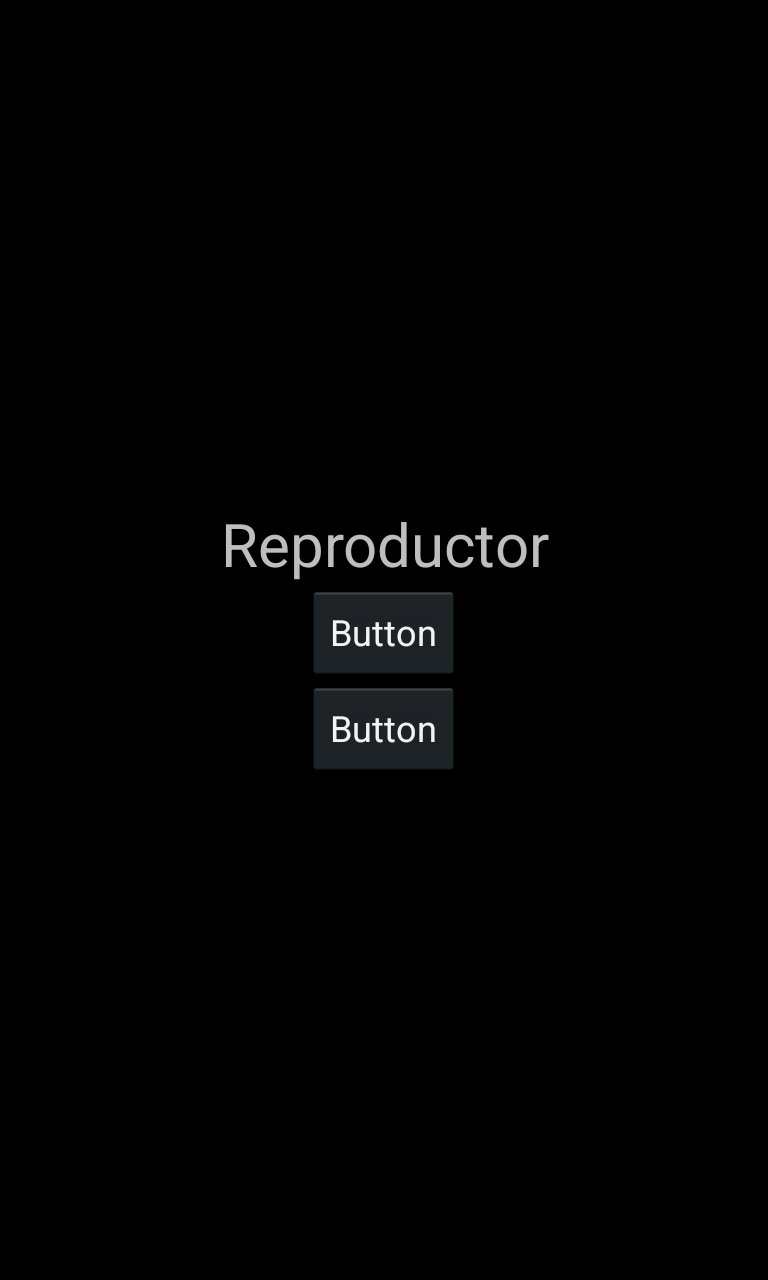
Repository: dorisserruto/un_exercises
Layout: javaandroid/Recursos/workspace-profe/lab13_player1/res/layout/main.xml
These files come from the project's save history. The layout is drawn as it stood at one moment and after the next save; the edit follows.
It is drawn on a 768 x 1280 px phone screen (xhdpi) without system bars, with theme android:Theme.Holo; the app's code is not run.

Above is the layout before, as saved 2012-06-24 15:16:49.

After the next save:
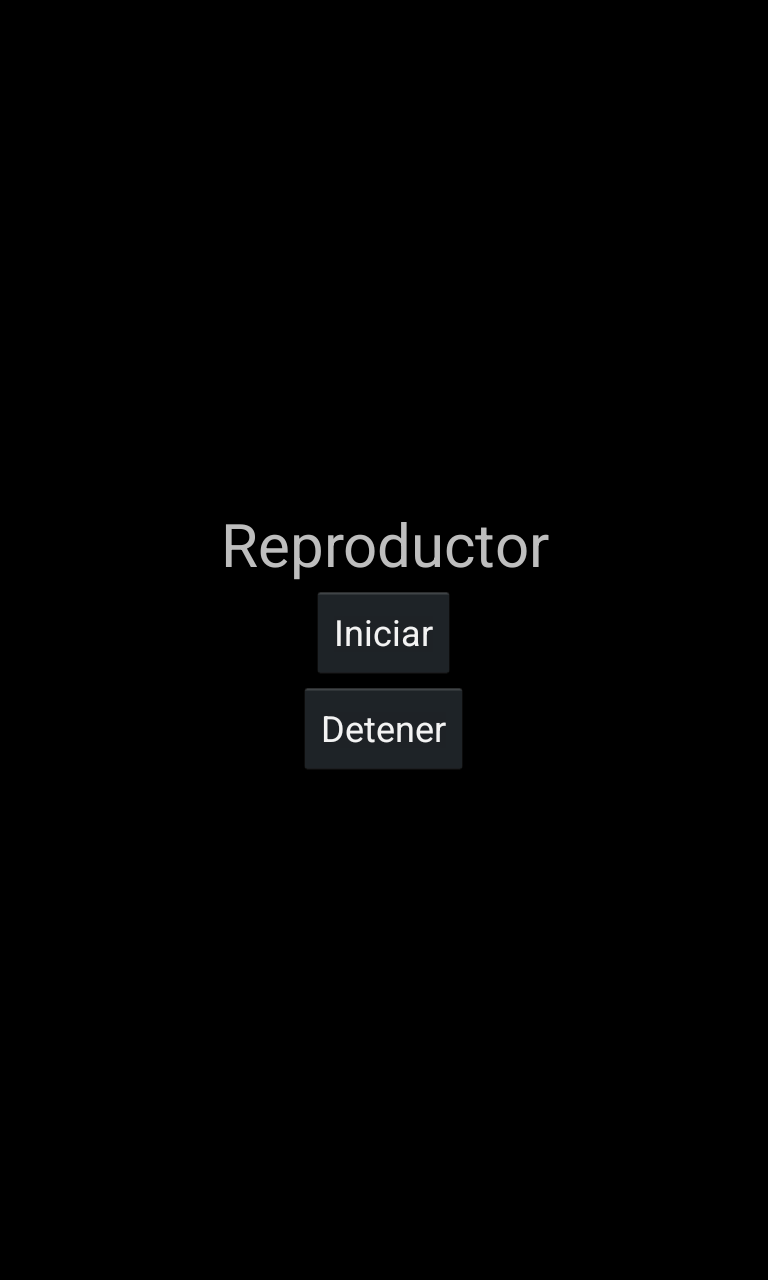
Saved 81 s later.
--- a/javaandroid/Recursos/workspace-profe/lab13_player1/res/layout/main.xml
+++ b/javaandroid/Recursos/workspace-profe/lab13_player1/res/layout/main.xml
@@ -15,15 +15,15 @@
         />
 
     <Button
-        android:id="@+id/button1"
+        android:id="@+id/btnStart"
         android:layout_width="wrap_content"
         android:layout_height="wrap_content"
-        android:text="Button" />
+        android:text="Iniciar" />
 
     <Button
-        android:id="@+id/button2"
+        android:id="@+id/btnFinalizar"
         android:layout_width="wrap_content"
         android:layout_height="wrap_content"
-        android:text="Button" />
+        android:text="Detener" />
 
 </LinearLayout>
